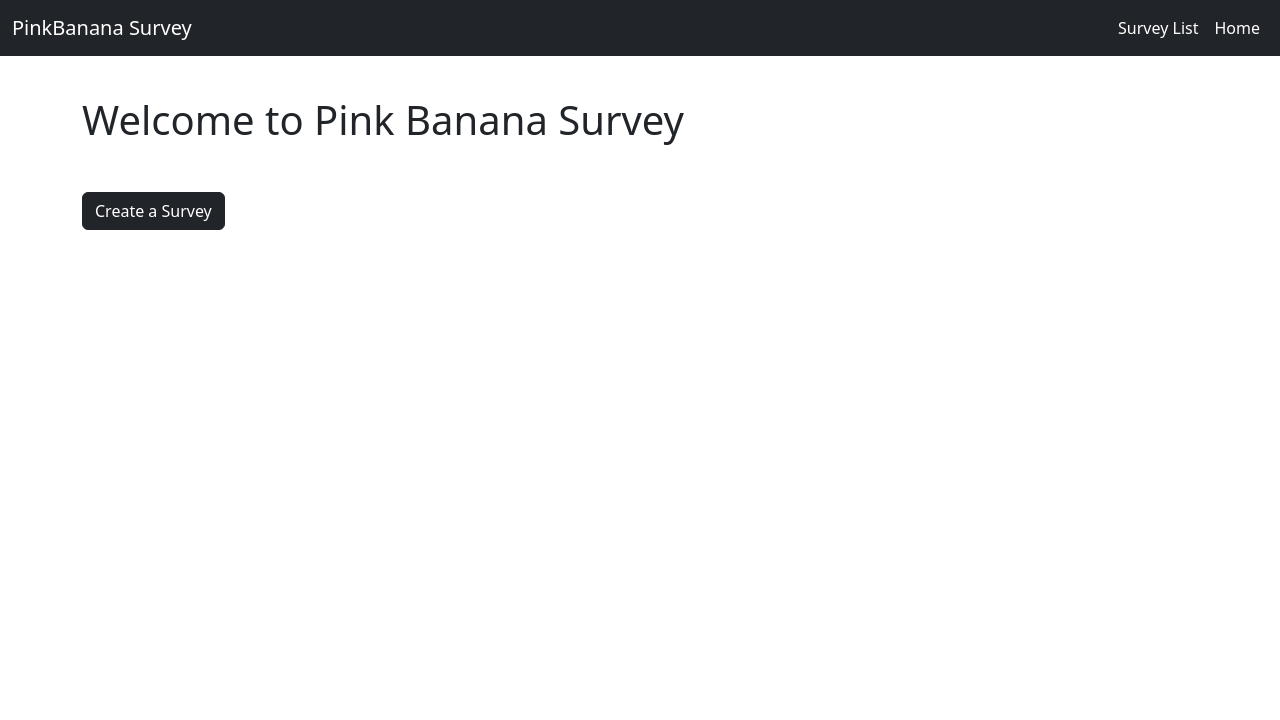
Repository: miaaow42/BananaProject
Page: / (app in front-end/)
These files come from the project's save history. The page is drawn as it stood at one moment and after the next save; the edit follows.
The browser window is 1280 px wide. The pictures show the whole page.
The project was rebuilt for these pictures with package versions that can differ from the ones it lists, and the page was loaded fresh each time. Also part of the build but not shown: front-end/src/App.css.

Above is the page before, as saved 2022-12-08 04:51:57.

After the next save:
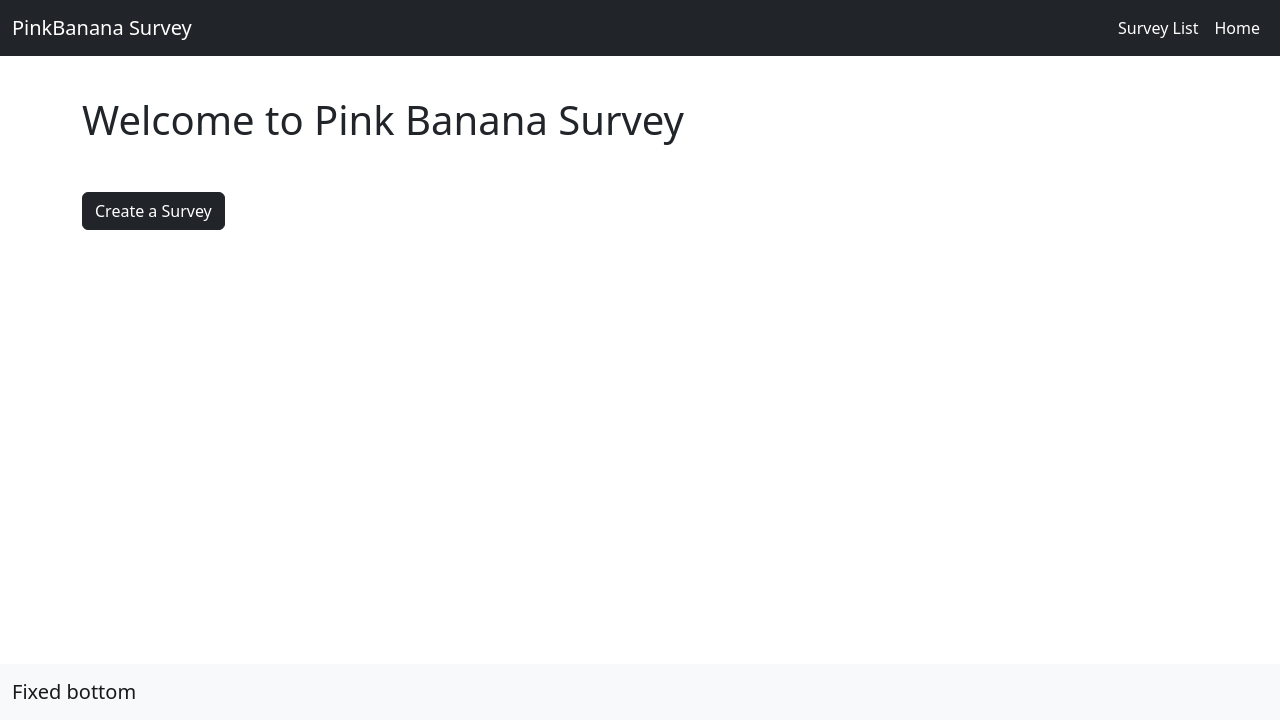
Saved 2 min 5 s later.
--- a/front-end/src/components/footer.tsx
+++ b/front-end/src/components/footer.tsx
@@ -3,10 +3,10 @@ import React from "react";
 function Footer()
 {
     return(
-        <nav className="navbar sticky-bottom navbar-dark ">
-            <h6 className="container-fluid navbar-text">
-                &copy;Copyright 2022. All Rights Reserved.
-            </h6>
+        <nav className="navbar fixed-bottom bg-light">
+        <div className="container-fluid">
+          <a className="navbar-brand" href="#">Fixed bottom</a>
+        </div>
       </nav>
     )
 }
